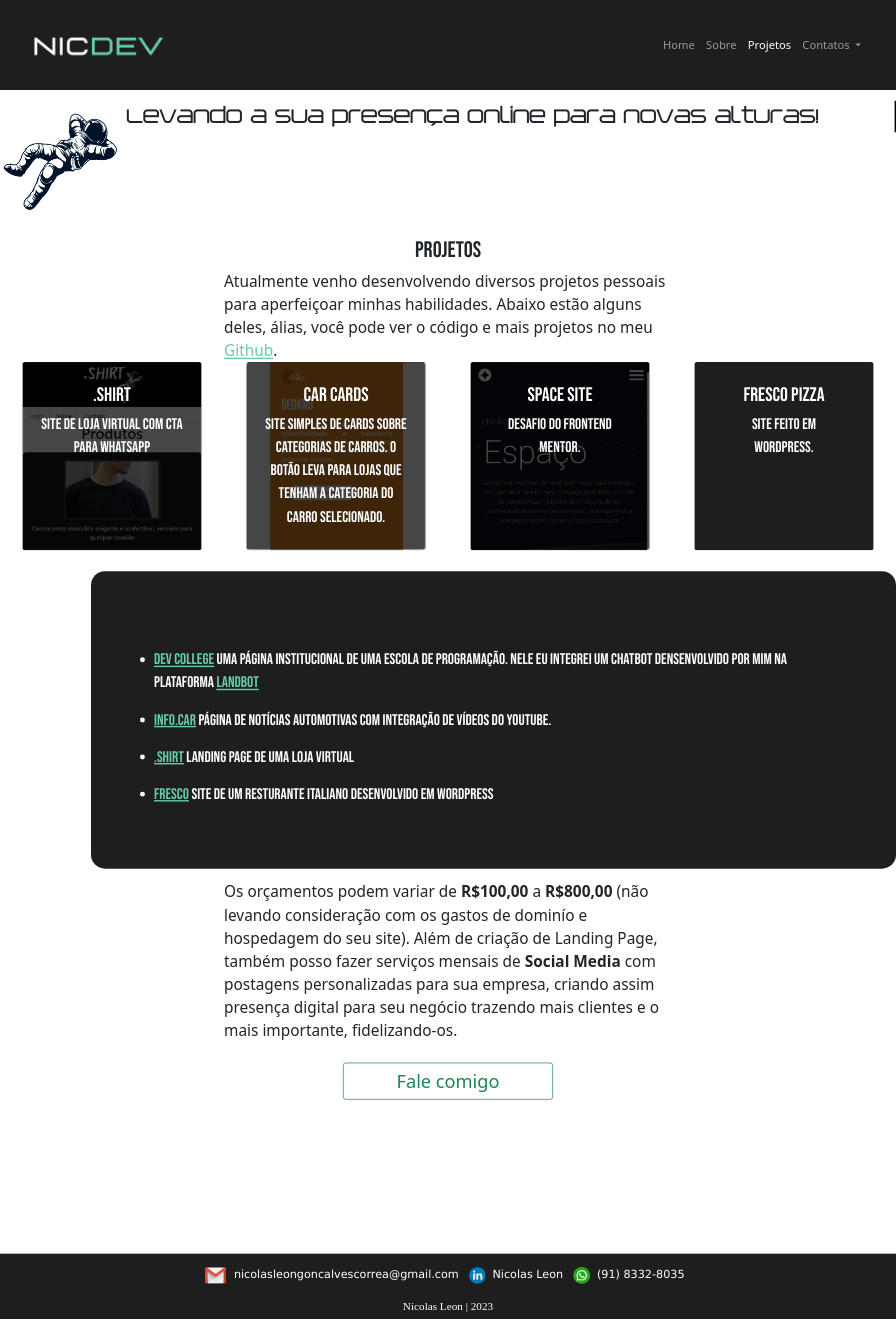
Repository: Leonngc/nicdev
Page: projects.html
An editor plug-in stored every save of this project. The page is shown before and after the next save, followed by the edit.
The browser window is 1280 px wide. The pictures show the whole page, at 70% of full size.
Some web libraries are served in a nearby version.

Above is the page before, as saved 2023-06-04 23:11:32.

After the next save:
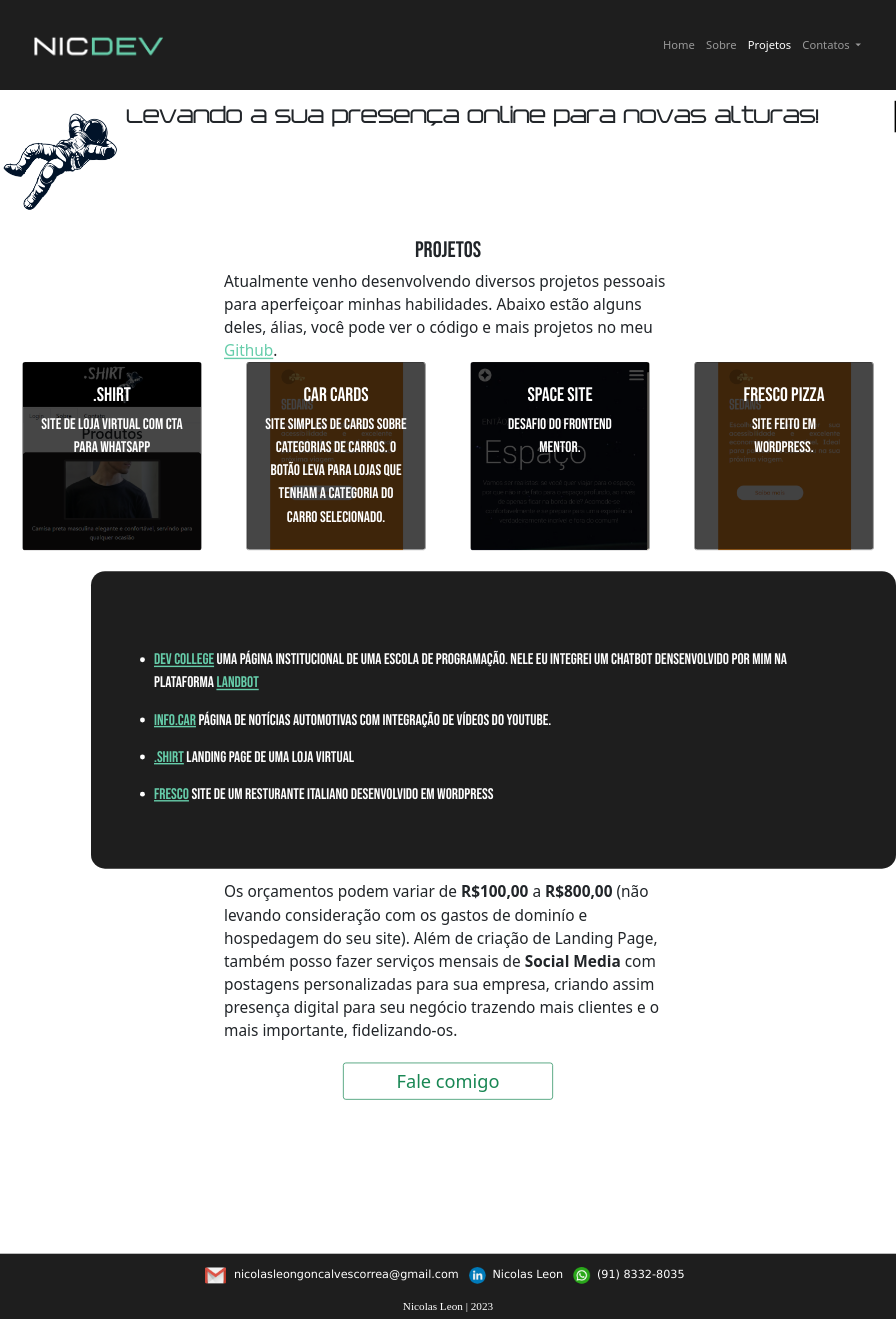
Saved 4 s later.
--- a/styles/projects.css
+++ b/styles/projects.css
@@ -134,7 +134,7 @@ li > img{
   box-shadow: inset 0 0 0 50vw rgba(0, 0, 0, 0.727);
 }
 
-#card-1{
+#card-3{
   background-image: url(../images/carcards.png);
   background-repeat: no-repeat;
   background-size: cover;
